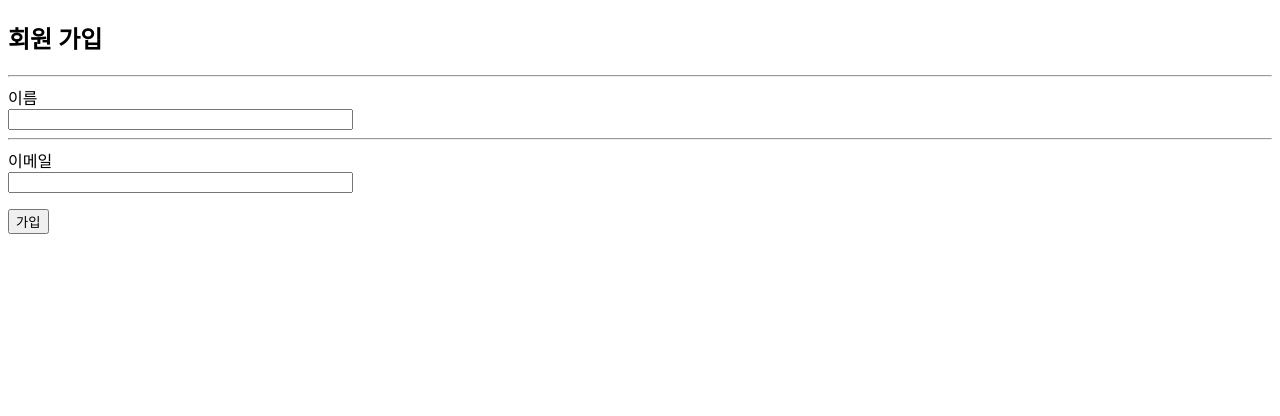
Repository: kiyongee2/kh-jsp
Page: http://localhost/jwbook/validation/joinForm.jsp
An editor plug-in stored every save of this project. The page is shown before and after the next save, followed by the edit.
The browser window is 1280 px wide. The pictures show the whole page.
The page is served by Tomcat 9. Other server files are loaded and not shown.

Above is the page before, as saved 2023-11-23 21:12:33.

### jwbook/src/main/webapp/validation/joinForm.jsp
<%@ page language="java" contentType="text/html; charset=UTF-8"
    pageEncoding="UTF-8"%>
<!DOCTYPE html>
<html>
<head>
<meta charset="UTF-8">
<title>Insert title here</title>
</head>
<body>
	<h2>회원 가입</h2>
	<hr>
	<div id="regform">
		<form action="" method="post" name="form1">
			<label>이름</label><br>
			<input type="text" name="name" size="40">
			<hr>
			<label>이메일</label><br>
			<input type="text" name="email" size="40">
			<p><button type="button" onclick="signUp()">가입</button>
		</form>
	</div>

	<div id="result">
		<h3>가입 정보</h3>
		<hr>
		<p>이름: <span id="rname"></span></p>
		<p>이메일: <span id="rmail"></span></p>
	</div>
	<script>
		document.getElementById('result').style.display = "none";
	</script>
</body>
</html>

After the next save:
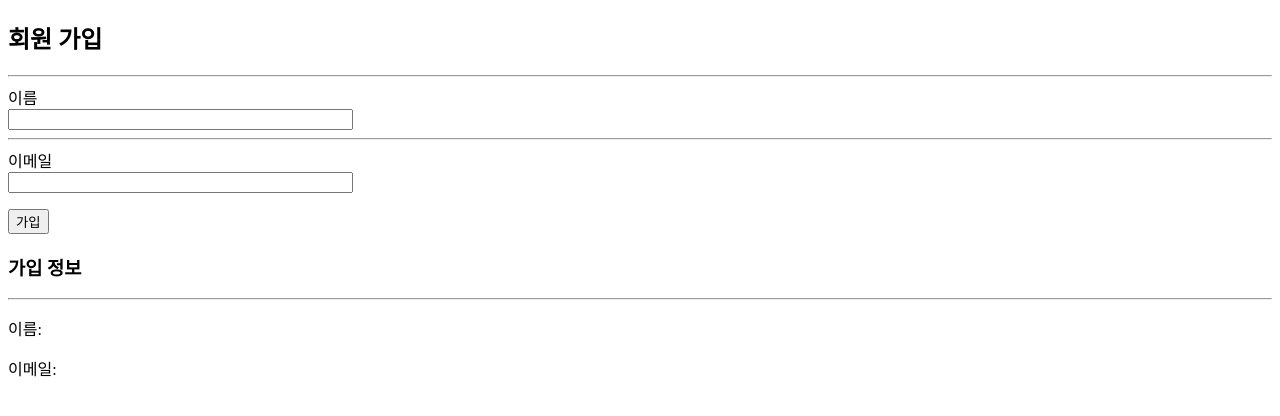
Saved 2 min 6 s later.
--- a/jwbook/src/main/webapp/validation/joinForm.jsp
+++ b/jwbook/src/main/webapp/validation/joinForm.jsp
@@ -26,8 +26,8 @@
 		<p>이름: <span id="rname"></span></p>
 		<p>이메일: <span id="rmail"></span></p>
 	</div>
-	<script>
+	<!-- <script>
 		document.getElementById('result').style.display = "none";
-	</script>
+	</script> -->
 </body>
 </html>
